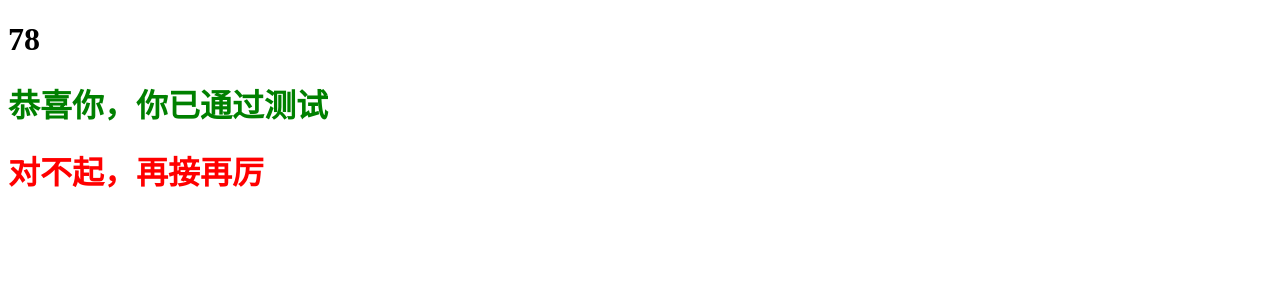
Repository: linqinyun/JavaCode
Page: http://localhost/jstl/jstl
These files come from the project's save history. The page is drawn as it stood at one moment and after a run of saves; the edit follows.
The browser window is 1280 px wide. The pictures show the whole page.
The page is served by Tomcat 9. Other server files are loaded and not shown.

Above is the page before, as saved 2020-11-16 07:05:39.

### jstl/WebContent/core.jsp
<%@ page language="java" contentType="text/html; charset=UTF-8"
    pageEncoding="UTF-8"%>
<%@ taglib uri = "http://java.sun.com/jsp/jstl/core" prefix="c" %>
<!DOCTYPE html>
<html>
<head>
<meta charset="UTF-8">
<title>Insert title here</title>
</head>
<body>
	<h1>${requestScope.score }</h1>
	<c:if test="${score>=60 }">
		<h1 style="color:green">恭喜你，你已通过测试</h1>
	</c:if>

	<h1 style="color:red">对不起，再接再厉</h1>
</body>
</html>

### jstl/src/pers/java/jstl/Jstl.java
package pers.java.jstl;

import java.io.IOException;
import javax.servlet.ServletException;
import javax.servlet.annotation.WebServlet;
import javax.servlet.http.HttpServlet;
import javax.servlet.http.HttpServletRequest;
import javax.servlet.http.HttpServletResponse;

/**
 * Servlet implementation class Jstl
 */
@WebServlet("/jstl")
public class Jstl extends HttpServlet {
	private static final long serialVersionUID = 1L;

    /**
     * @see HttpServlet#HttpServlet()
     */
    public Jstl() {
        super();
        // TODO Auto-generated constructor stub
    }

	/**
	 * @see HttpServlet#doGet(HttpServletRequest request, HttpServletResponse response)
	 */
	protected void doGet(HttpServletRequest request, HttpServletResponse response) throws ServletException, IOException {
		request.setAttribute("score", 78);
		request.setAttribute("grade", "B");
		request.getRequestDispatcher("/core.jsp").forward(request, response);
	}

}

After the next 2 saves:
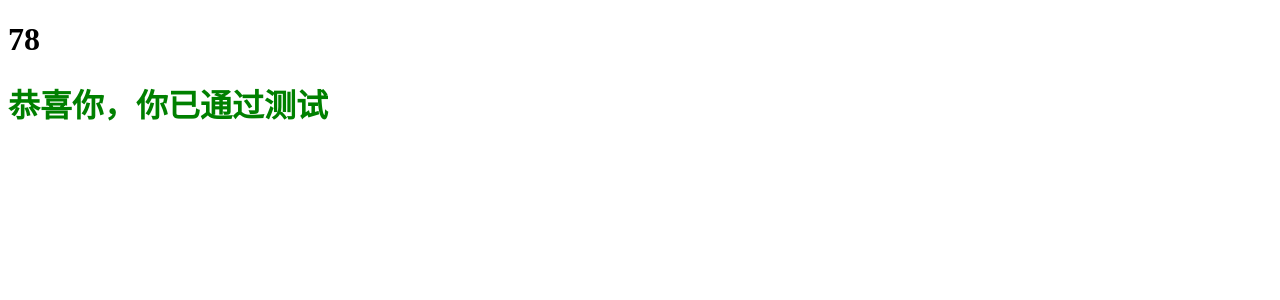
The 2 saves are shown as one change because they came seconds apart.
The last was saved 27 s later.
--- a/jstl/WebContent/core.jsp
+++ b/jstl/WebContent/core.jsp
@@ -12,7 +12,8 @@
 	<c:if test="${score>=60 }">
 		<h1 style="color:green">恭喜你，你已通过测试</h1>
 	</c:if>
-
-	<h1 style="color:red">对不起，再接再厉</h1>
+	<c:if test="${score<60 }">
+		<h1 style="color:red">对不起，再接再厉</h1>
+	</c:if>
 </body>
 </html>
